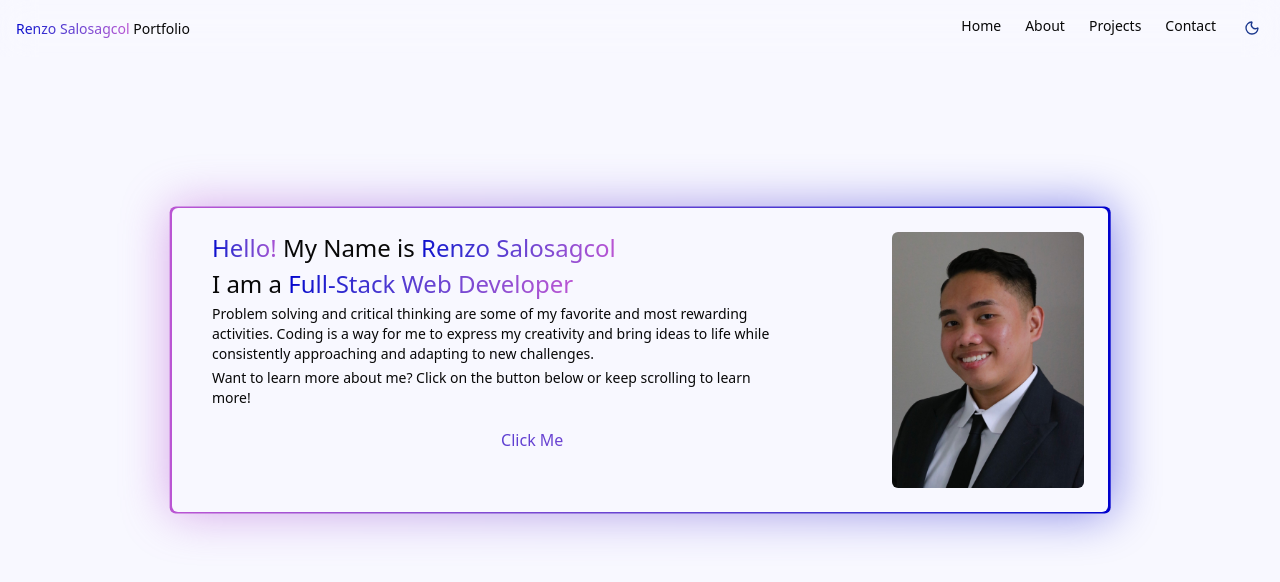
Repository: Renzo-Salosagcol/Updated_Personal_Portfolio
Page: /
These files come from the project's save history. The page is drawn as it stood at one moment and after the next save; the edit follows.
The browser window is 1280 px wide. The pictures show the whole page.
The project was rebuilt for these pictures with package versions that can differ from the ones it lists, and the page was loaded fresh each time. Also part of the build but not shown: vite.config.js, src/pages/NotFound.jsx.

Above is the page before, as saved 2025-10-09 20:14:17.

After the next save:
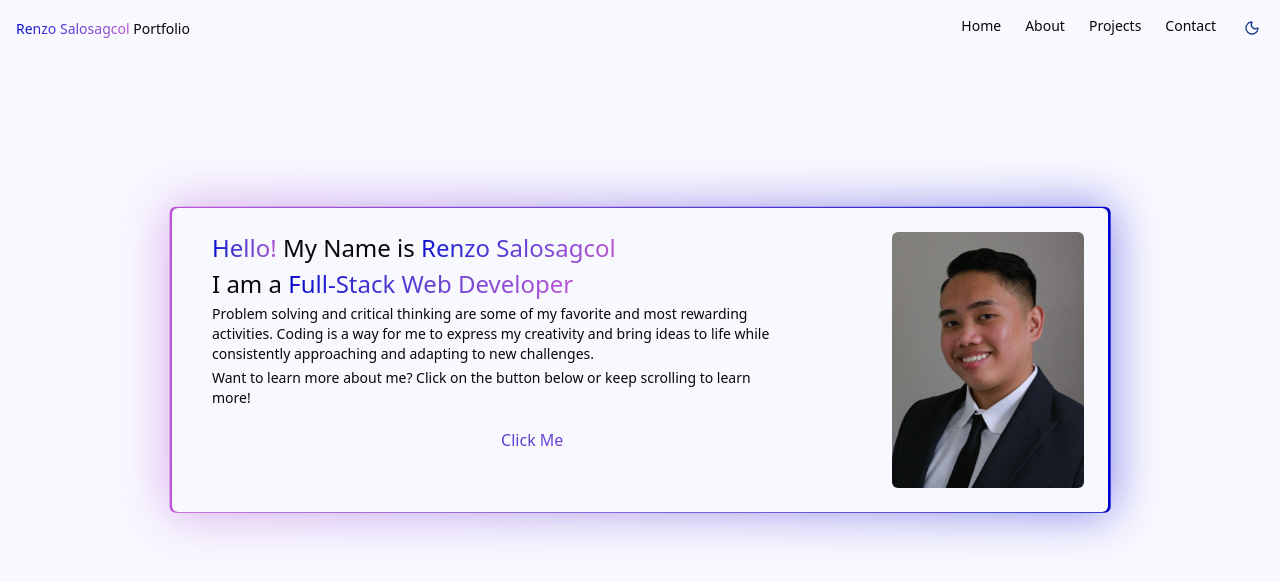
Saved 13 s later.
--- a/src/index.css
+++ b/src/index.css
@@ -70,7 +70,7 @@
 }
 
 @utility after-gradient-border {
-  @apply absolute h-[101%] w-[100.5%] top-1/2 left-1/2 -translate-x-1/2 -translate-y-1/2 rounded-md -z-10 bg-gradient-to-l from-primary to-secondary;
+  @apply absolute h-[100.8%] w-[100.5%] top-1/2 left-1/2 -translate-x-1/2 -translate-y-1/2 rounded-md -z-10 bg-gradient-to-l from-primary to-secondary;
   content: '';
   /* animation: 3s spin linear infinite; */
 }
